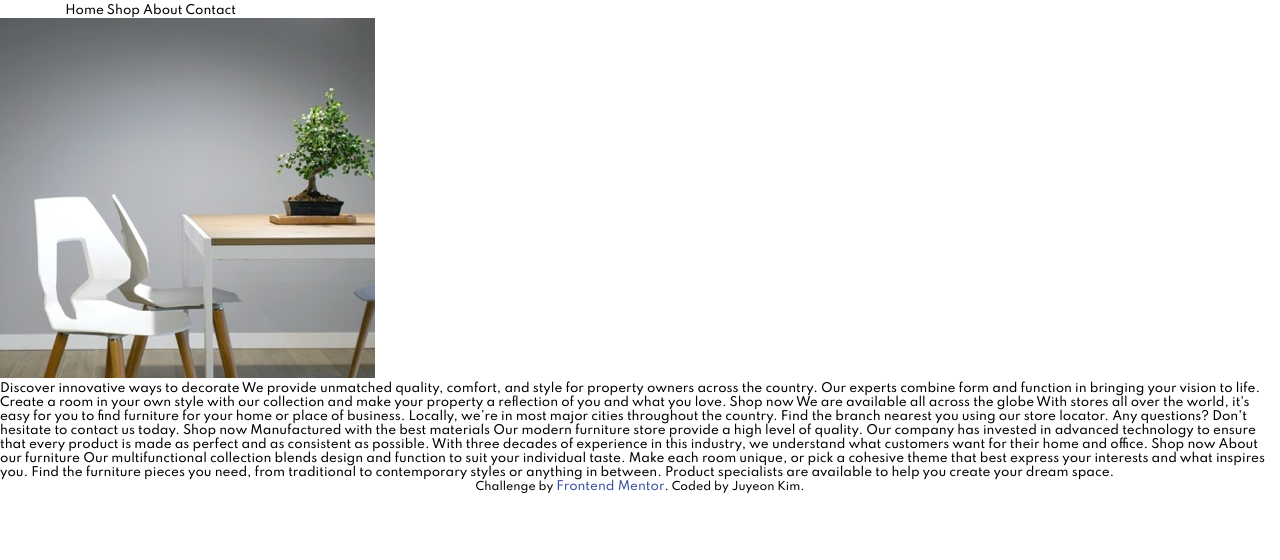
Repository: Jay-JYKim91/room-homepage-master
Page: index.html
An editor plug-in stored every save of this project. The page is shown before and after a run of saves, followed by the edit.
The browser window is 1280 px wide. The pictures show the whole page.

Above is the page before, as saved 2021-07-11 21:44:32.

### index.html
<!DOCTYPE html>
<html lang="en">
<head>
  <meta charset="UTF-8">
  <meta name="viewport" content="width=device-width, initial-scale=1.0"> <!-- displays site properly based on user's device -->
  <link rel="preconnect" href="https://fonts.googleapis.com">
  <link rel="preconnect" href="https://fonts.gstatic.com" crossorigin>
  <link href="https://fonts.googleapis.com/css2?family=Spartan:wght@500;600;700&display=swap" rel="stylesheet">
  <link rel="icon" type="image/png" sizes="32x32" href="./images/favicon-32x32.png">
  <link rel="stylesheet" href="style.css">
  <title>Room homepage</title>

</head>
<body>
  <header>
    <img src="./images/logo.svg" alt="logo">
    Home
    Shop
    About
    Contact
  </header>
  <body>
    <div class="slide">
      <img src="./images/mobile-image-hero-1.jpg" alt="hero-1">
    </div>
    <div class="slide"></div>
    <div class="slide"></div>

  </body>

  Discover innovative ways to decorate

  We provide unmatched quality, comfort, and style for property owners across the country.
  Our experts combine form and function in bringing your vision to life. Create a room in your
  own style with our collection and make your property a reflection of you and what you love.

  Shop now

  We are available all across the globe

  With stores all over the world, it's easy for you to find furniture for your home or place of business.
  Locally, we’re in most major cities throughout the country. Find the branch nearest you using our
  store locator. Any questions? Don't hesitate to contact us today.

  Shop now

  Manufactured with the best materials

  Our modern furniture store provide a high level of quality. Our company has invested in advanced technology
  to ensure that every product is made as perfect and as consistent as possible. With three decades of
  experience in this industry, we understand what customers want for their home and office.

  Shop now

  About our furniture

  Our multifunctional collection blends design and function to suit your individual taste.
  Make each room unique, or pick a cohesive theme that best express your interests and what
  inspires you. Find the furniture pieces you need, from traditional to contemporary styles
  or anything in between. Product specialists are available to help you create your dream space.

  <div class="attribution">
    Challenge by <a href="https://www.frontendmentor.io?ref=challenge" target="_blank">Frontend Mentor</a>.
    Coded by Juyeon Kim.
  </div>
</body>
</html>

### style.css
:root {
  --body-font: "Spartan", sans-serif;

  --dark-gray: hsl(0, 0%, 63%);
  --black: hsl(0, 0%, 0%);
  --white: hsl(0, 0%, 100%);
  --very-dark-gray: hsl(0, 0%, 27%);
}

* {
  margin: 0;
  padding: 0;
  font-family: var(--body-font);
  font-size: 12px;
}

a {
  text-decoration: none;
  color: black;
}
.attribution {
  font-size: 11px;
  text-align: center;
}
.attribution a {
  color: hsl(228, 45%, 44%);
}

@media screen and (max-width: 800px) {
}

After the next 2 saves:
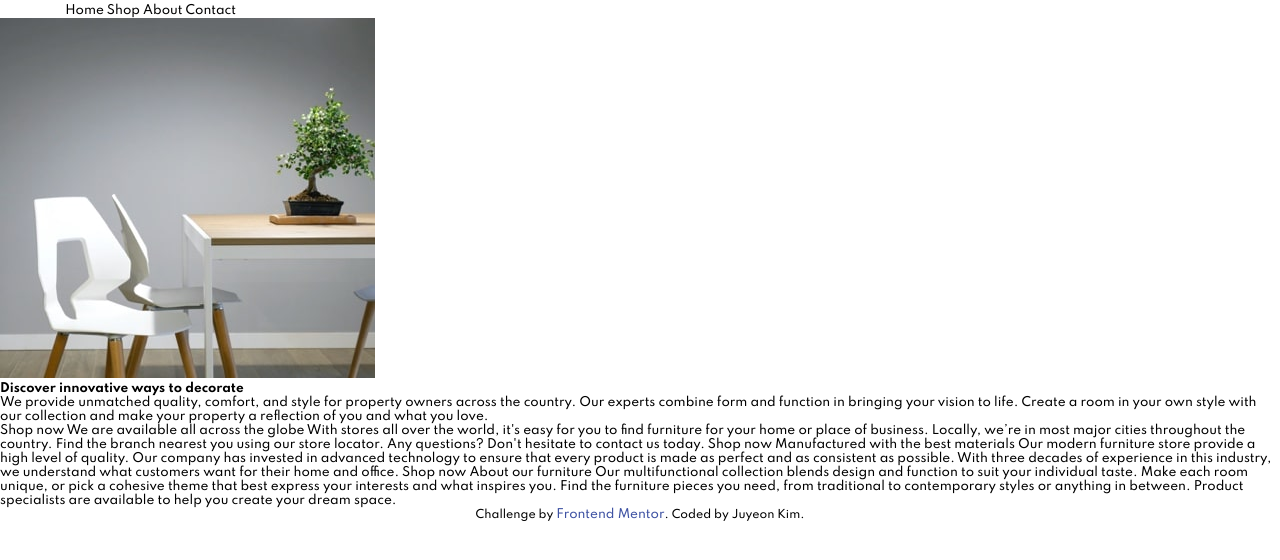
The 2 saves are shown as one change because they came seconds apart.
The last was saved 75 s later.
--- a/index.html
+++ b/index.html
@@ -21,18 +21,25 @@
   </header>
   <body>
     <div class="slide">
-      <img src="./images/mobile-image-hero-1.jpg" alt="hero-1">
+      <div class="slide-img">
+        <img src="./images/mobile-image-hero-1.jpg" alt="hero-1">
+      </div>
+      <div class="slide-text">
+        <h1>Discover innovative ways to decorate</h1>
+        <p>
+          We provide unmatched quality, comfort, and style for property owners across the country.
+          Our experts combine form and function in bringing your vision to life. Create a room in your
+          own style with our collection and make your property a reflection of you and what you love.
+        </p>
+      </div>
     </div>
     <div class="slide"></div>
     <div class="slide"></div>
 
   </body>
 
-  Discover innovative ways to decorate
 
-  We provide unmatched quality, comfort, and style for property owners across the country.
-  Our experts combine form and function in bringing your vision to life. Create a room in your
-  own style with our collection and make your property a reflection of you and what you love.
+
 
   Shop now
 
